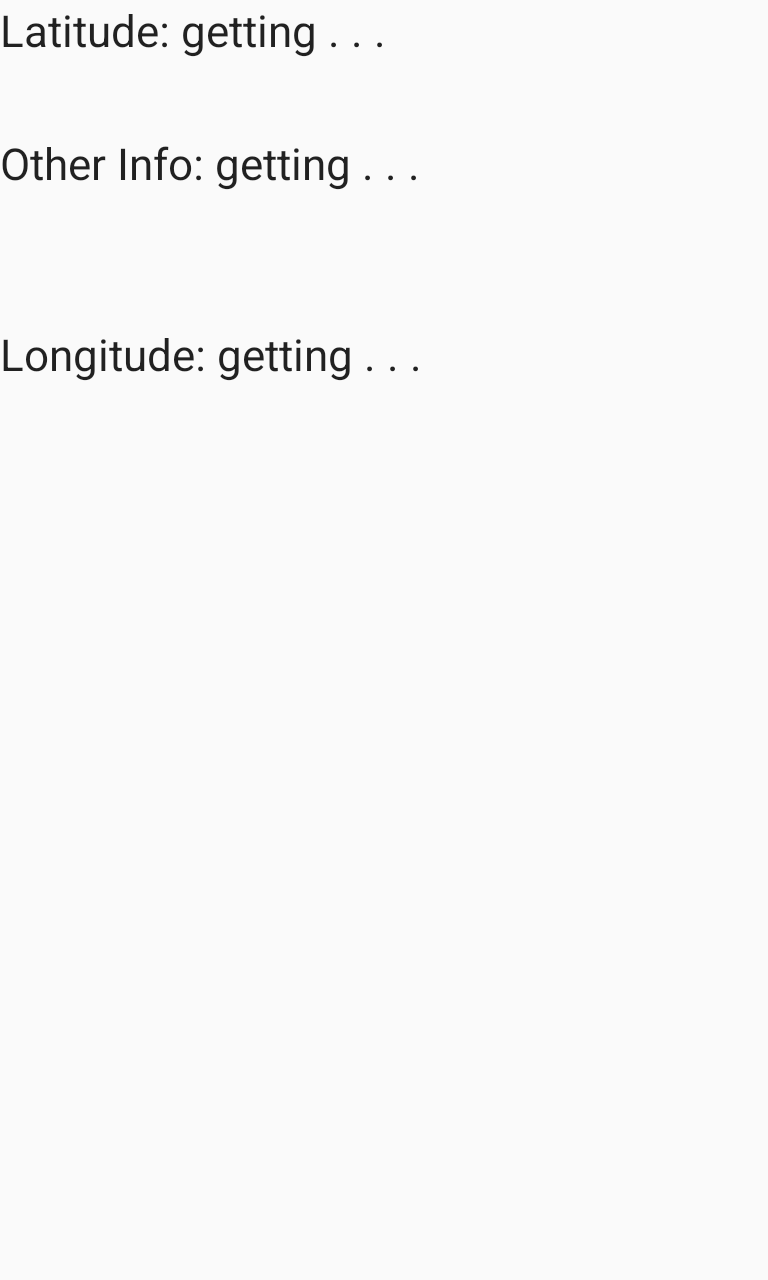
Repository: isitso/android_class
Layout: GPSDemo/res/layout/activity_main.xml
These files come from the project's save history. The layout is drawn as it stood at one moment and after the next save; the edit follows.
It is drawn on a 768 x 1280 px phone screen (xhdpi) without system bars, with theme AppTheme; the app's code is not run.

Above is the layout before, as saved 2014-04-29 17:53:18.

### GPSDemo/res/layout/activity_main.xml
<RelativeLayout xmlns:android="http://schemas.android.com/apk/res/android"
    android:layout_width="fill_parent"
    android:layout_height="fill_parent" >

    <TextView
        android:id="@+id/latView"
        android:layout_width="wrap_content"
        android:layout_height="wrap_content"
        android:layout_alignParentLeft="true"
        android:layout_alignParentTop="true"
        android:text="Latitude: getting . . ."
        android:textAppearance="?android:attr/textAppearanceLarge" />

    <TextView
        android:id="@+id/otherView"
        android:layout_width="wrap_content"
        android:layout_height="wrap_content"
        android:layout_alignParentLeft="true"
        android:layout_below="@+id/longView"
        android:layout_marginTop="66dp"
        android:text="Longitude: getting . . ."
        android:textAppearance="?android:attr/textAppearanceLarge" />

    <TextView
        android:id="@+id/longView"
        android:layout_width="wrap_content"
        android:layout_height="wrap_content"
        android:layout_alignParentLeft="true"
        android:layout_below="@+id/latView"
        android:layout_marginTop="37dp"
        android:text="Other Info: getting . . . "
        android:textAppearance="?android:attr/textAppearanceLarge" />

</RelativeLayout>

Loaded but not shown: GPSDemo/res/values/styles.xml (common file); GPSDemo/res/values-v11/styles.xml (common file); GPSDemo/res/values-v14/styles.xml (common file)

After the next save:
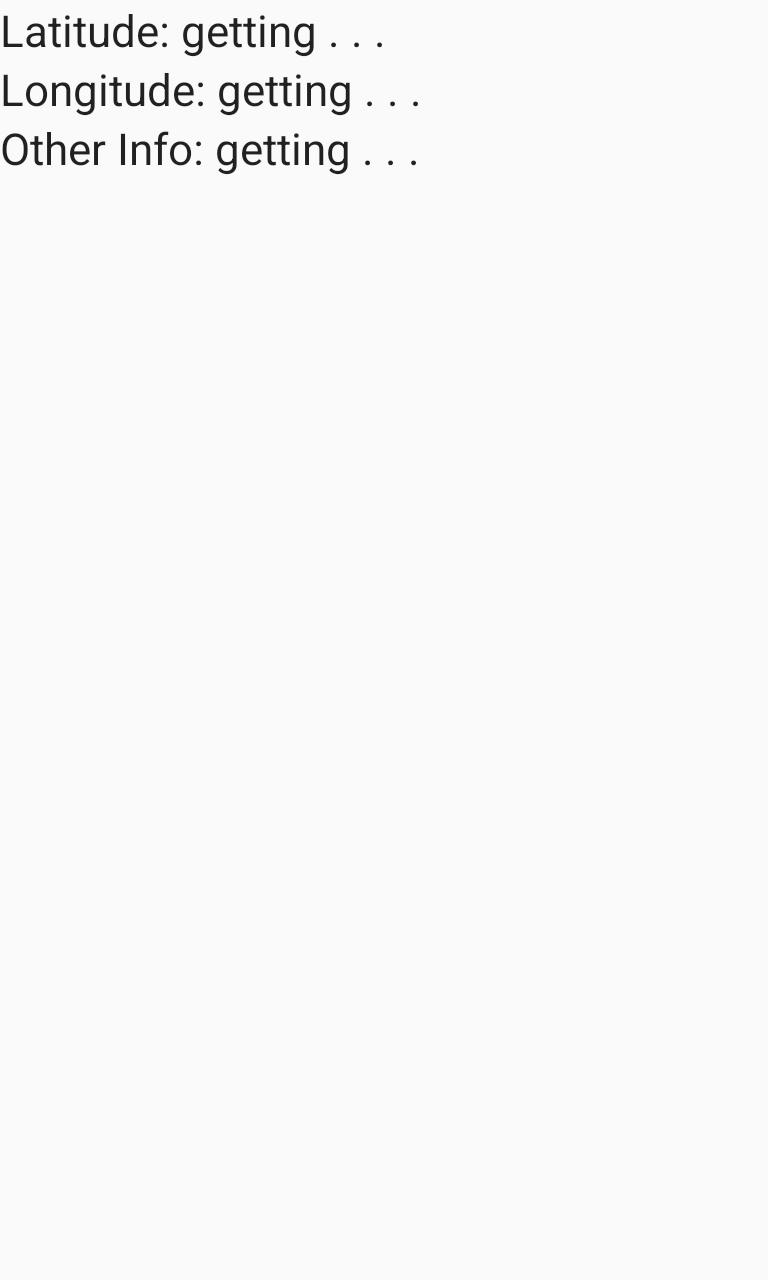
Saved 29 s later.
--- a/GPSDemo/res/layout/activity_main.xml
+++ b/GPSDemo/res/layout/activity_main.xml
@@ -16,8 +16,7 @@
         android:layout_width="wrap_content"
         android:layout_height="wrap_content"
         android:layout_alignParentLeft="true"
-        android:layout_below="@+id/longView"
-        android:layout_marginTop="66dp"
+        android:layout_below="@+id/latView"
         android:text="Longitude: getting . . ."
         android:textAppearance="?android:attr/textAppearanceLarge" />
 
@@ -26,8 +25,7 @@
         android:layout_width="wrap_content"
         android:layout_height="wrap_content"
         android:layout_alignParentLeft="true"
-        android:layout_below="@+id/latView"
-        android:layout_marginTop="37dp"
+        android:layout_below="@+id/otherView"
         android:text="Other Info: getting . . . "
         android:textAppearance="?android:attr/textAppearanceLarge" />
 
